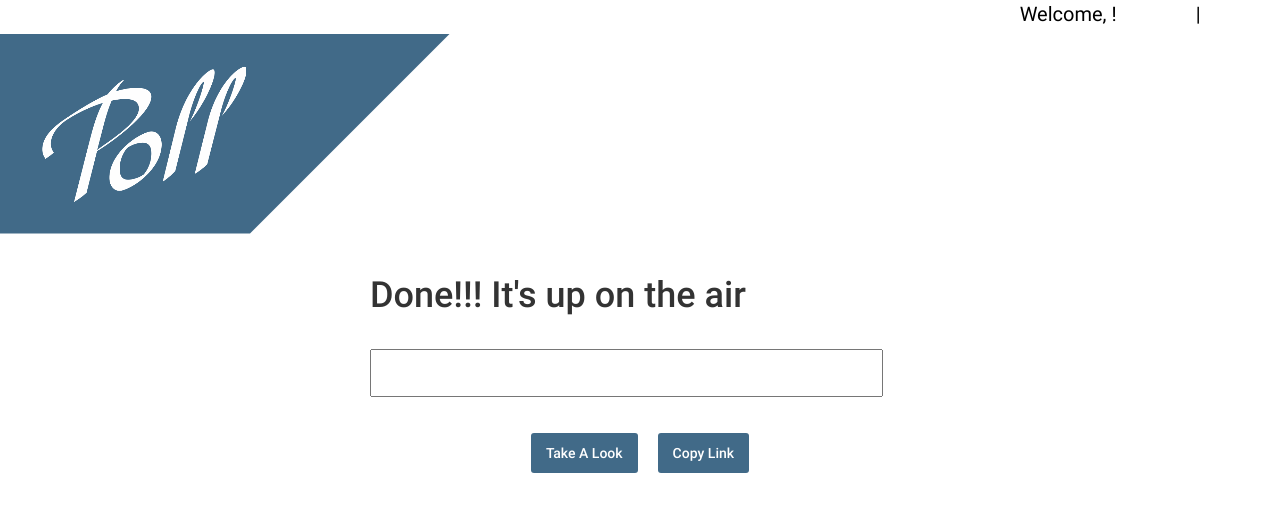
Repository: zoeyleqa/voting-app-fcc
Page: public/confirm.html
The author's editor kept a record of every edit. The page is drawn from the files as they stood at one moment, then again after the next edit.
The browser window is 1280 px wide. The pictures show the whole page.
Some web libraries are served in a nearby version.

Above is the page before.

### public/confirm.html
<!DOCTYPE html>

<html>

	<head>
		<title>Confirmation</title>
		<link rel="stylesheet" href="https://maxcdn.bootstrapcdn.com/bootstrap/3.3.7/css/bootstrap.min.css" integrity="sha384-BVYiiSIFeK1dGmJRAkycuHAHRg32OmUcww7on3RYdg4Va+PmSTsz/K68vbdEjh4u" crossorigin="anonymous">
		<link href="/public/css/main.css" rel="stylesheet" type="text/css">
	</head>

	<header>
		<div>
			<p align="right">Welcome, <span id="display-name"></span>!
			<a class="menu" href="/profile">Profile</a>
			|
			<a class="menu" href="/logout">Logout</a>
			</p>
		</div>
		<div>
				<div class="logo-box">
					<a href="/"><img src="/public/img/poll.png" class="logo-left"/></a>
				</div>
				<!--<div class="title-box">-->
  		<!--			<h1 class="title">Confirmed</h1>-->
				<!--</div>-->
		</div>
	</header>

	<body>
		<div class="container">
			<div class="col-md-6 col-md-offset-3" >
			<!--<img src="/public/img/clementine_150.png" />-->
			<br />
			<h1>Done!!! It's up on the air</h1>

			<!--<p>You have clicked the button <span id="click-nbr"></span> times.</p>-->
			<br />
			<input type="text" class="text" id="link" width="120">
			<br/><br/><br/>
			<div class="btn-container">
				<a id="takealook" href= "#" class="btn btn-default">Take A Look</a>
				<a class="btn btn-default" onclick="copy('link')">Copy Link</a>
			</div>
		</div>

	<script>
		function copy(id) {
    	var text = document.getElementById(id).value;
    	// console.log(text);
    	text.select();
    	document.execCommand('Copy');
		};
	</script>
	<script src="https://ajax.googleapis.com/ajax/libs/jquery/3.1.0/jquery.min.js"></script>
	<script type="text/javascript" src="https://webapp-zoeyleqa.c9users.io/common/ajax-functions.js"></script>
	<script type="text/javascript" src="https://webapp-zoeyleqa.c9users.io/controllers/userController.client.js"></script>
	<script type="text/javascript" src="https://webapp-zoeyleqa.c9users.io/controllers/confirmHandler.client.js"></script>

	</body>


</html>

### public/css/main.css
/********* Fonts **********/

@font-face {
	font-family: "Roboto";
	font-style: normal;
	font-weight: 400;
	src: local("Roboto"), local("Roboto-Regular"),
		url("../fonts/Roboto-Regular.ttf") format("truetype");
}

@font-face {
	font-family: "Roboto";
	font-style: normal;
	font-weight: 500;
	src: local("Roboto Medium"), local("Roboto-Medium"),
		url("../fonts/Roboto-Medium.ttf") format("truetype");
}

@font-face {
	font-family: "Typo3";
	font-style: normal;
	font-weight: 400;
	src: local("Typo3"), local("Typo3-Regular"),
		url("../fonts/Typo3-Regular.ttf") format("truetype");
}

@font-face {
	font-family: "Typo3";
	font-style: normal;
	font-weight: 400;
	src: local("Typo3 Medium"), local("Typo3-Medium"),
		url("../fonts/Typo3-Medium.ttf") format("truetype");
}
/****** Main Styling ******/
:root {
  	--main-bg-color: #416A88; /*3E447B;*/
}

.main-header {
	background-color: var(--main-bg-color); /*#7083c2;*/
}
.temp {
	background-color: #b35d5c;
}

body {
	font-family: "Roboto", sans-serif;
	font-size: 16px;
	margin: 0;
	padding: 0;
}

header {
	margin-top: -16px;
}

.header-right {
	/*height: 56px;*/
	margin: 0 0 14px 0;
	text-align: right;
	/*float: right;*/
}

.logo {
	float: center;
	text-align: center;
	display: block;
	margin-left: auto;
	margin-right: auto;
}

.logo-box {
	background: var(--main-bg-color);
	/*-webkit-clip-path: polygon(0 0, 20% 0, 10% 100%, 0% 100%);*/
	-webkit-clip-path: polygon(0 0, 450px 0, 250px 100%, 0% 100%);
}

.logo-left{
	margin-left: 20px;
}

.title-box {
	position: relative;
	background: var(--main-bg-color);
	margin-top: -100px;
	height: 250px;
	text-align: center;
	color: white;
  	-webkit-clip-path: polygon(500px 0, 100% 0%, 100% 100%, 250px 100%);
}

.title {
    position: absolute;
    /*float: right;*/
    top: 0;
    bottom: 0;
    left: 0;
    right: 0;
    width: 55%;
    height: 70%;
    margin: auto;
    margin-left: 500px;
    font-size: 150px;
    font-weight: 600;
    font-family:  'Typo3-Medium';
}

.opt-sect p {
	font-size: 30px;
	font-weight: 80px;
}

.optsect {
	text-align: center;
}

.center {
  margin: auto;
  width: 50%;
  padding: 10px;
}

p {
	margin: 8px 0 0 0;
}

.container p {
	text-align: center;
	padding: 0;
}

/****** Header Styling ******/

header p {
	margin: 16px 0 5px 0;
	font-weight: 50px;
	font-size: 20px;
	color: black;
}

.menu {
	text-decoration: none;
	padding: 6px;
	margin: 0;
	color: white;
}

.menu:visited {
	color: grey;
}

.menu:hover {
	color: grey;
}

.menu:active {
	color: white;
}

header a ~ p {
	margin: 0;
	padding: 0;
	display: inline;
	color: #eceff1;
}

#display-name {
	font-weight: 400;
}

/****** Login Styling ******/

.login {
	margin: 10px auto 0 auto;
	text-align: center;
}

#login-btn {
	width: 250px;
	padding: 7px 5px;
}

.btn p {
	margin: 8px 0 0 0;
	padding: 0;
}

.btn > img {
	float: leftbtn
	margin-left: 10px;
}

.btn-submit {
	float: right;
}

input[type="text"]{
	padding: 10px 10px;
	line-height: 10px;
	font-size: 20px;
	width:95%;
	/*display:block;*/
}

.btn-add {
	padding: 1px 1px 1px 1px ;
	line-height: 30px;
	display:block;
	font-size: 20px;

}
/****** Logo Div Styling ******/

img {
	margin: 0 auto;
	display: block;
}

.clementine-text {
	/* Styling for the Clementine.js text */
	padding: 0;
	margin: -25px 0 0 0;
	font-weight: 500;
	font-size: 60px;
	color: #ffa000;
}

/****** Click Styling ******/

.btn-container {
	/* Styling for the div that contains the buttons */
	margin: -10px auto 0 auto;
	text-align: center;
}

.btn-copy {
	margin: 0 8px;
	color: white;
	background-color: var(--main-bg-color);
	display: inline-block;
	border: 0;
	font-size: 15px;
	text-align: center;
	border-radius: 3px;
	padding: 10px;
}
.btn {
	/* Styling for buttons */
	margin: 0 8px;
	color: white;
	background-color: var(--main-bg-color);
	display: inline-block;
	border: 0;
	font-size: 14px;
	border-radius: 3px;
	padding: 10px 15px;
	/*width: 100px;*/
	font-weight: 500;
}

.btn:focus {
	/* Remove outline when hovering over button */
	outline: none;
}

.btn:active {
	/* Scale the button down by 10% when clicking on button */
	transform: scale(0.9, 0.9);
	-webkit-transform: scale(0.9, 0.9);
	-moz-transform: scale(0.9, 0.9);
}

.btn-delete {
	/* Styling for delete button */
	background-color: #eceff1;
	color: #212121;
}

.canvasContainer {
	height: 330px;
	width: 300px;
	position: relative;
	margin: auto;
}

/*.question {*/
/*	display: inline-block;*/
/*    margin: 10px 10px 0 0;*/
/*    padding: 20px 10px;*/
/*	font-size: xx-large;*/
/*	font-weight: bolder;*/
/*}*/

.questionText{
	overflow: hidden;
    text-align: center;
    font-size: xx-large

	/*padding: 20px 0 20px 0;*/
}

/*#myChart {*/
/*	height: 150px;*/
/*	width: 300px;*/
/*	position: relative;*/
/*	left: 65%;*/
/*	top: 25%;*/
/* }*/
/****** Profile Styling ******/

.github-profile {
	width: 350px;
	height: 200px;
	border-radius: 3px;
	margin: 86px auto 0 auto;
	background-color: #eee;
	text-align: center;
	color: #000;
}

.github-profile p:first-child {
	padding-top: 16px;
}

.github-profile p:nth-child(5) {
	margin-bottom: 16px;
}

.github-profile p {
	margin: 0 0 0 16px;
	text-align: left;
}

.profile-value {
	font-weight: 400;
}

span {
	font-weight: 500;
}

.github-profile > img {
	padding-top: 16px;
	margin-bottom: 16px;
}

.github-profile .menu:hover {
	color: #ffa000;
}

.github-profile .menu:active {
	color: #ff630d;
}

#menu-divide {
	color: #ffffff;
	display: inline;
	margin: 0;
}

footer {
	bottom: 0;
	height: 60px;
	margin-top: 40px;
	text-align: center;
	font-size: 20px;
	font-family: "Lato";
}

.body-shade {
	box-shadow: 12px -12px 10px -4px lightgrey, -12px 10px 10px -4px lightgrey,
		12px 0 15px -4px lightgrey, -12px 0 15px -4px lightgrey;
	background: white;

}

After the next edit:
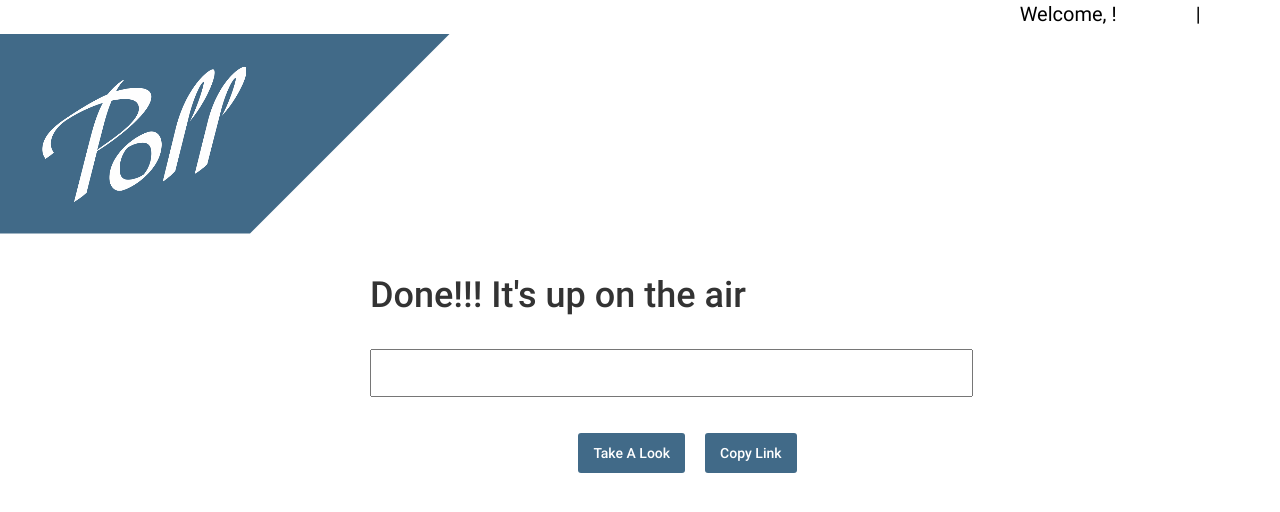
The edit:
--- a/public/confirm.html
+++ b/public/confirm.html
@@ -28,7 +28,7 @@
 
 	<body>
 		<div class="container">
-			<div class="col-md-6 col-md-offset-3" >
+			<div class="col-md-7 col-md-offset-3" >
 			<!--<img src="/public/img/clementine_150.png" />-->
 			<br />
 			<h1>Done!!! It's up on the air</h1>
